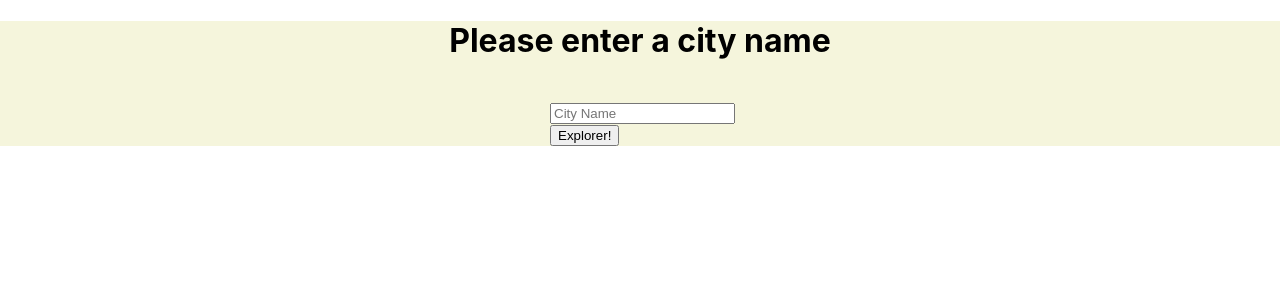
Repository: Razan-am/city-explorer-api-front
Page: /
These files come from the project's save history. The page is drawn as it stood at one moment and after a run of saves; the edit follows.
The browser window is 1280 px wide. The pictures show the whole page.
The project was rebuilt for these pictures with package versions that can differ from the ones it lists, and the page was loaded fresh each time. Also part of the build but not shown: src/components/Weather.js.

Above is the page before, as saved 2021-07-09 22:55:43.

### src/App.js
import React, { Component } from 'react';
import AlertMessage from './components/AlertMessage';
import Weather from './components/Weather';
import Image from 'react-bootstrap/Image';
import axios from 'axios';



class App extends Component {
  constructor(props) {
    super(props);
    this.state = {
      display_name: '',
      lat: '',
      lon: '',
      error: '',
      show: false,
      weatherData: [],
      moviesData:[]
    }
  }
  handlerData = (e) => {
    e.preventDefault()
    this.setState({
      display_name: e.target.value,
      newCity:e.target.value
    })
    console.log('string',e.target.value);
  }
  handlerSubmit = async (e) => {
    e.preventDefault()
    // let axiosResponed =
    await axios.get(`https://eu1.locationiq.com/v1/search.php?key=pk.0a80fd547a3c1e8574e39921b81514c5&q=${this.state.display_name}&format=json`).then(request=>{

      this.setState({
        display_name: request.data[0].display_name,
        lat: request.data[0].lat,
        lon: request.data[0].lon,
        alert: false,
        show: true,
      })
    }).then(async()=>{
      const axiosLocalApi = await axios.get(`http://localhost:8000/weather/?key=1ce9a45e3f574b64af6379c6c4a8b0cc&lat=${this.state.lat}&lon=${this.state.lon}`)
        this.setState({
          weatherData: axiosLocalApi.data
        })
      console.log(axiosLocalApi.data);
    }).then(async()=>{
      console.log('display',this.state.display_name);
      let city_name = this.state.display_name.split(',')[0]
      console.log('city',city_name);
      const moviesApi = await axios.get(`http://localhost:8000/movies/?query=${this.state.newCity}`)
      this.setState({
        moviesData:moviesApi.data
      })
      console.log(moviesApi.data);
    })
    .catch((error) => {

      this.setState({
        error: "please provide a valid city name",
        alert: true,
        show: false,
      })
    })
  }
  render() {
    return (
      <div style={{ backgroundColor:'beige'}}>
        <h1 style={{ textAlign:'center'}}>Please enter a city name </h1>
        <AlertMessage
          alert={this.state.alert}
          error={this.state.error} />
        <form onSubmit={this.handlerSubmit} style={{ marginLeft: '550px', paddingTop: '20px', marginButton: '20px', display: 'block', width: '50px' }}>
          <input type='text' placeholder='City Name' onChange={(e) => { this.handlerData(e) }} />
          <button >Explorer!</button>
        </form>
          {this.state.show &&
            <div>
              <h5>City Name={this.state.display_name}</h5>
              <h5>Longitude={this.state.lon}</h5>
              <h5>Lattitude={this.state.lat}</h5>
              <Image alt='map' src={`https://maps.locationiq.com/v3/staticmap?key=${process.env.REACT_APP_LOCATION_API_KEY}&center=${this.state.lat},${this.state.lon}&zoom=1-8`} fluid style={{ margin: '100px', width: '1000px' }} />
            </div>
          }
        {
          // console.log(this.state.weatherData)&&
          this.state.weatherData.map((item)=>{
            console.log('helllo');
            return <Weather desc={item.description} date={item.date} />
          })
      }
      {
        // console.log(this.state.moviesData)&&
        this.state.moviesData.map((item)=>{
          return(
            <div>
                <p>{item.title}</p>
                <p>{item.total_votes}</p>
                <img alt={item.title} src={item.poster}/>
            </div>
          )
        })
      }
      </div>
    )
  }
}

export default App;

### src/components/AlertMessage.js
import React, { Component } from 'react';
import Alert from 'react-bootstrap/Alert';

class AlertMessage extends Component {
    render() {
        return (
            <>
                {this.props.alert &&
                    <Alert variant={'variant'}>
                        Error: 'Wrong Input! Please Enter City Name'
                    </Alert>
                }
            </>
        )
    }
}

export default AlertMessage;

Loaded but not shown: public/index.html (common file); src/index.js (common file); src/index.css (common file); src/reportWebVitals.js (common file)

After the next 2 saves:
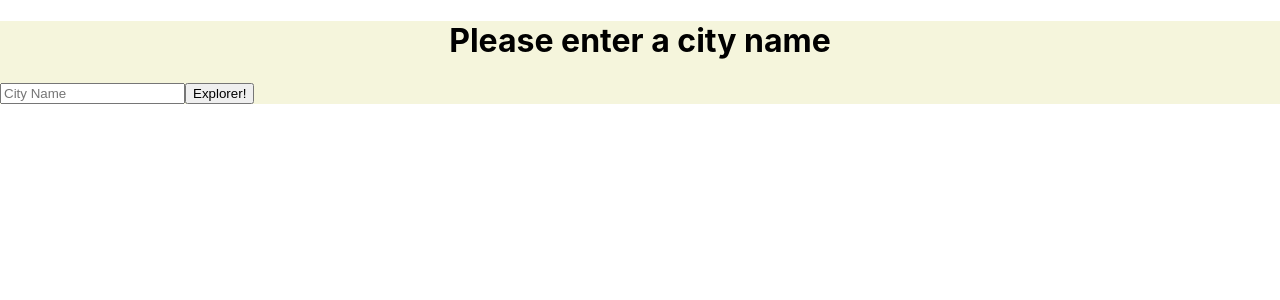
The 2 saves are shown as one change because 1 did not build or start.
The last was saved 24 s later.
--- a/src/App.js
+++ b/src/App.js
@@ -71,7 +71,7 @@ class App extends Component {
         <AlertMessage
           alert={this.state.alert}
           error={this.state.error} />
-        <form onSubmit={this.handlerSubmit} style={{ marginLeft: '550px', paddingTop: '20px', marginButton: '20px', display: 'block', width: '50px' }}>
+        <form onSubmit={this.handlerSubmit} >
           <input type='text' placeholder='City Name' onChange={(e) => { this.handlerData(e) }} />
           <button >Explorer!</button>
         </form>
